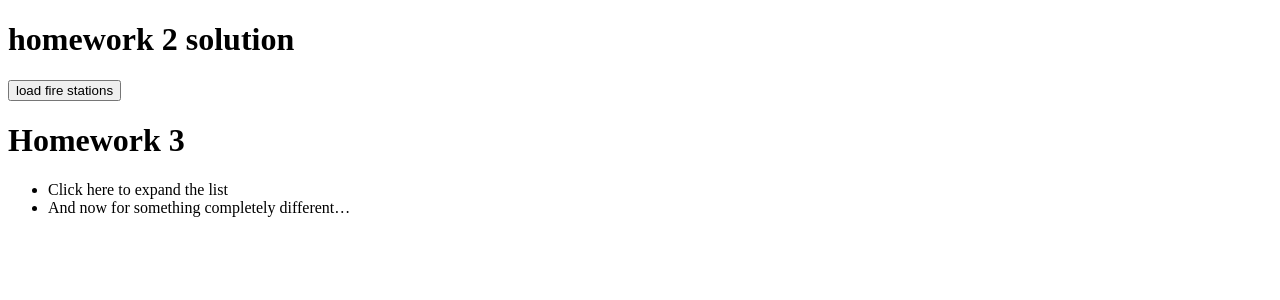
Repository: gapopek/csc335-HW-4
Page: csc335-HW-4/HW4.html
The author's editor kept a record of every edit. The page is drawn from the files as they stood at one moment, then again after the next edit.
The browser window is 1280 px wide. The pictures show the whole page.

Above is the page before.

### csc335-HW-4/HW4.html
<!DOCTYPE html>
<html>
    <head>
        <title>homework solutions </title>
        <script scr="hw2.js"></script>
        <script scr="//code.jquery.com/jquery-2.1.3.min.js"></script>
    </head>
    <body>
        <h1>homework 2 solution</h1>

        <input type="button" value="load fire stations" />

        <h1>Homework 3</h1>

        <ul>
          <li><span class="button">Click here</span> to expand the list</li>
          <li><span class="button">And now for something completely
    	different&hellip;</span></li>
        </ul>


    </body>
</html>

After the next edit:
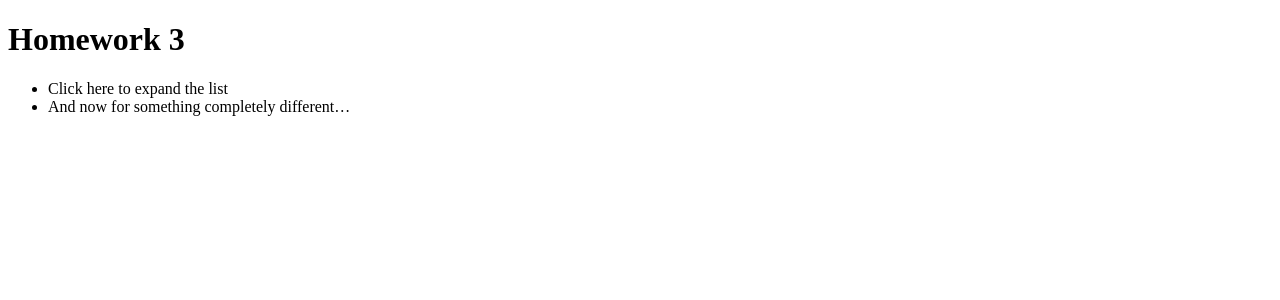
The edit:
--- a/csc335-HW-4/HW4.html
+++ b/csc335-HW-4/HW4.html
@@ -6,9 +6,7 @@
         <script scr="//code.jquery.com/jquery-2.1.3.min.js"></script>
     </head>
     <body>
-        <h1>homework 2 solution</h1>
 
-        <input type="button" value="load fire stations" />
 
         <h1>Homework 3</h1>
 
